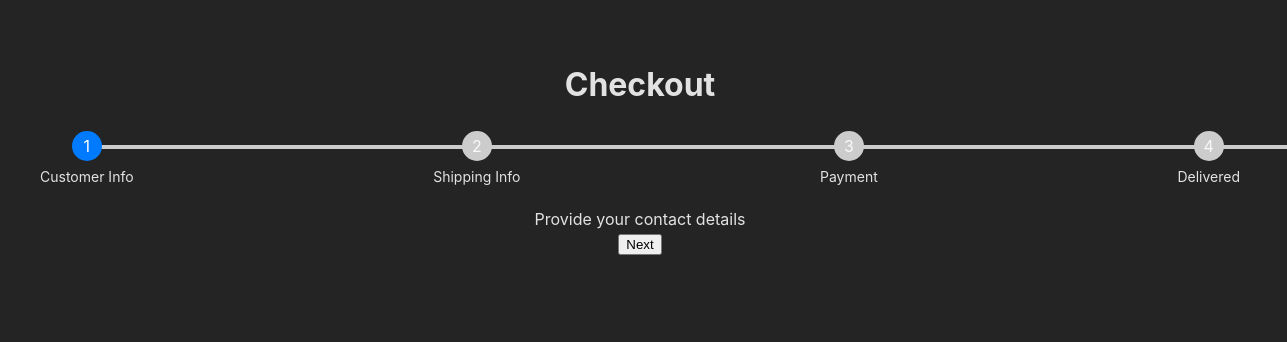
Repository: s-babaeizadeh/stepper-react
Page: /
These files come from the project's save history. The page is drawn as it stood at one moment and after the next save; the edit follows.
The browser window is 1280 px wide. The page is 1287 px wide, then 1280 px, so the pictures cover 1287 px, including what lies to the right of the window. The pictures show the whole page.
The project was rebuilt for these pictures with package versions that can differ from the ones it lists, and the page was loaded fresh each time. Also part of the build but not shown: vite.config.js.

Above is the page before, as saved 2024-08-10 12:17:08.

After the next save:
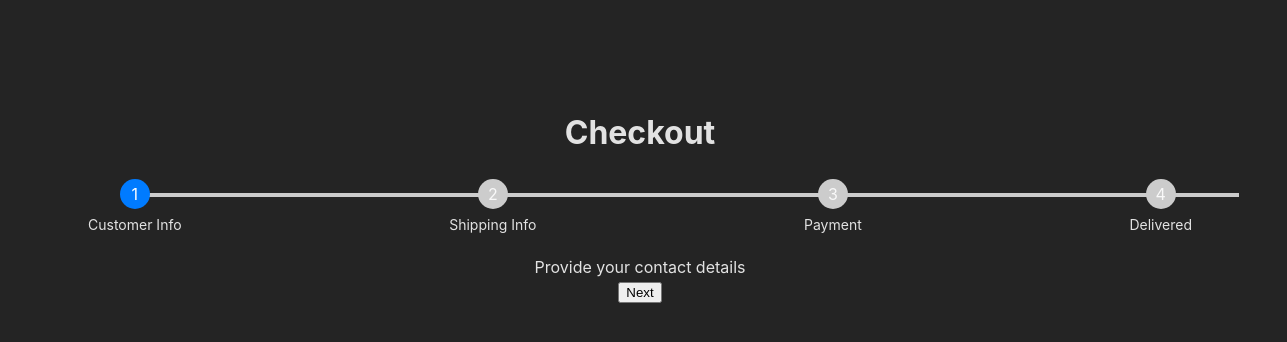
Saved 10 s later.
--- a/src/App.css
+++ b/src/App.css
@@ -1,7 +1,7 @@
 #root {
   /* max-width: 1280px; */
   margin: 0 auto;
-  padding: 2rem;
+  padding: 5rem;
   text-align: center;
 }
 
